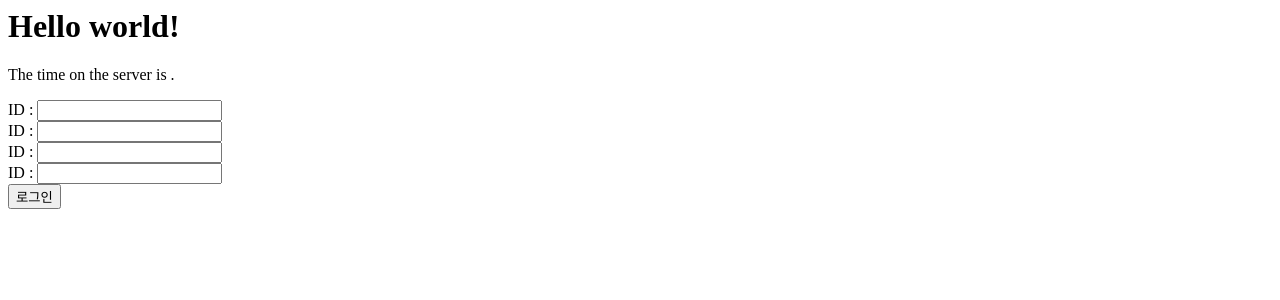
Repository: ongjin/spring
Page: http://localhost/fin/WEB-INF/views/home.jsp
An editor plug-in stored every save of this project. The page is shown before and after the next save, followed by the edit.
The browser window is 1280 px wide. The pictures show the whole page.
The page is served by Tomcat 9. Nobody is signed in. Other server files are loaded and not shown. The template is opened directly, without the code that normally fills it, so the values that code supplies are empty.

Above is the page before, as saved 2022-01-02 08:03:31.

### fin/src/main/webapp/WEB-INF/views/home.jsp
<%@ page language="java" contentType="text/html; charset=UTF-8" pageEncoding="UTF-8" %>

<%@ taglib uri="http://java.sun.com/jsp/jstl/core" prefix="c" %>
<%@ page session="false" %>
<html>
<head>
	<title>Home</title>
</head>
<body>
<h1>
	Hello world!
</h1>

<P>  The time on the server is ${serverTime}. </P>

<form action="loginTest" method="POST">
	ID : <input type="text" name="memberId"> <br>
	ID : <input type="text" name="memberId"> <br>
	ID : <input type="text" name="memberId"> <br>
	ID : <input type="text" name="memberId"> <br>
	<button type="submit">로그인</button>
</form>
</body>
</html>

After the next save:
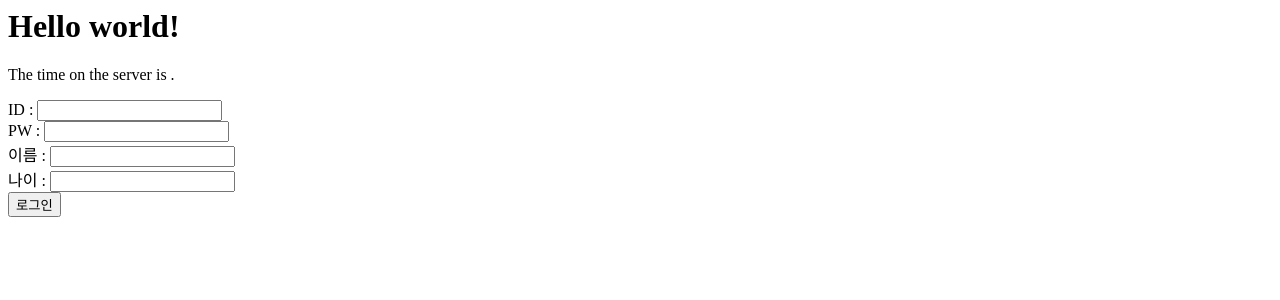
Saved 32 s later.
--- a/fin/src/main/webapp/WEB-INF/views/home.jsp
+++ b/fin/src/main/webapp/WEB-INF/views/home.jsp
@@ -15,9 +15,9 @@
 
 <form action="loginTest" method="POST">
 	ID : <input type="text" name="memberId"> <br>
-	ID : <input type="text" name="memberId"> <br>
-	ID : <input type="text" name="memberId"> <br>
-	ID : <input type="text" name="memberId"> <br>
+	PW : <input type="password" name="memberPw"> <br>
+	이름 : <input type="text" name="memberName"> <br>
+	나이 : <input type="number" name="memberAge"> <br>
 	<button type="submit">로그인</button>
 </form>
 </body>
